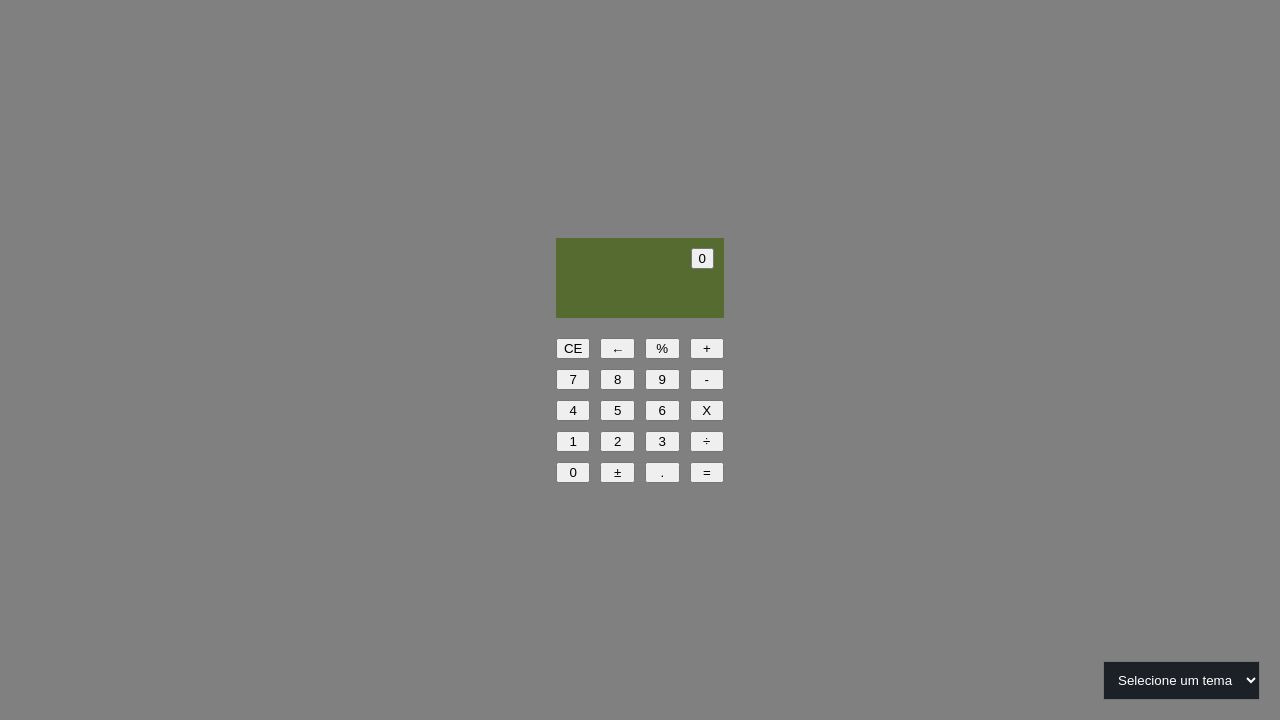
Repository: thislucasme/changing-theme-color-html-css-js
Page: index.html
The author's editor kept a copy of each file at every save. The page is drawn from the files as they stood at one save, then again after the next save.
The browser window is 1280 px wide. The pictures show the whole page.

Above is the page before, as saved 2022-06-29 16:00:42.

After the next save:
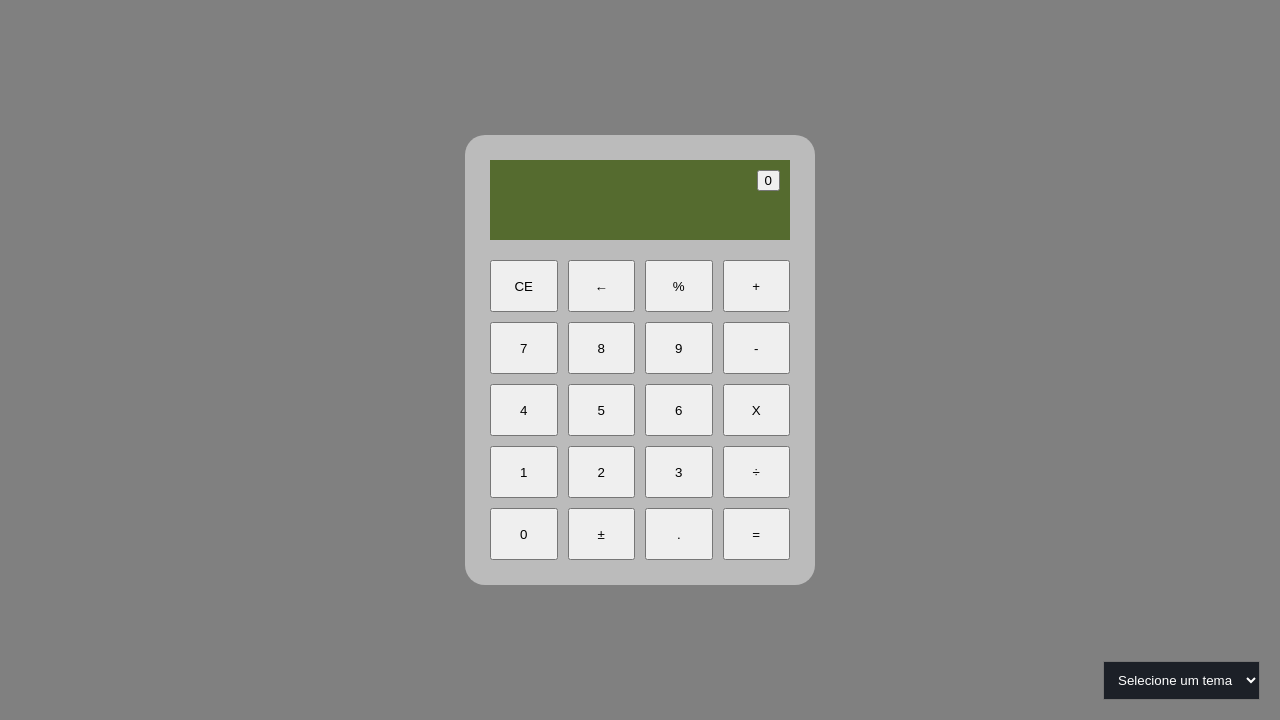
Saved 10 s later.
--- a/index.html
+++ b/index.html
@@ -10,7 +10,7 @@
 </head>
 
 <body>
-    <div class="calculadora-dois">
+    <div class="calculadora">
         <div class="painel">
             <div class="operacao"></div>
             <div class="resultado"></div>
